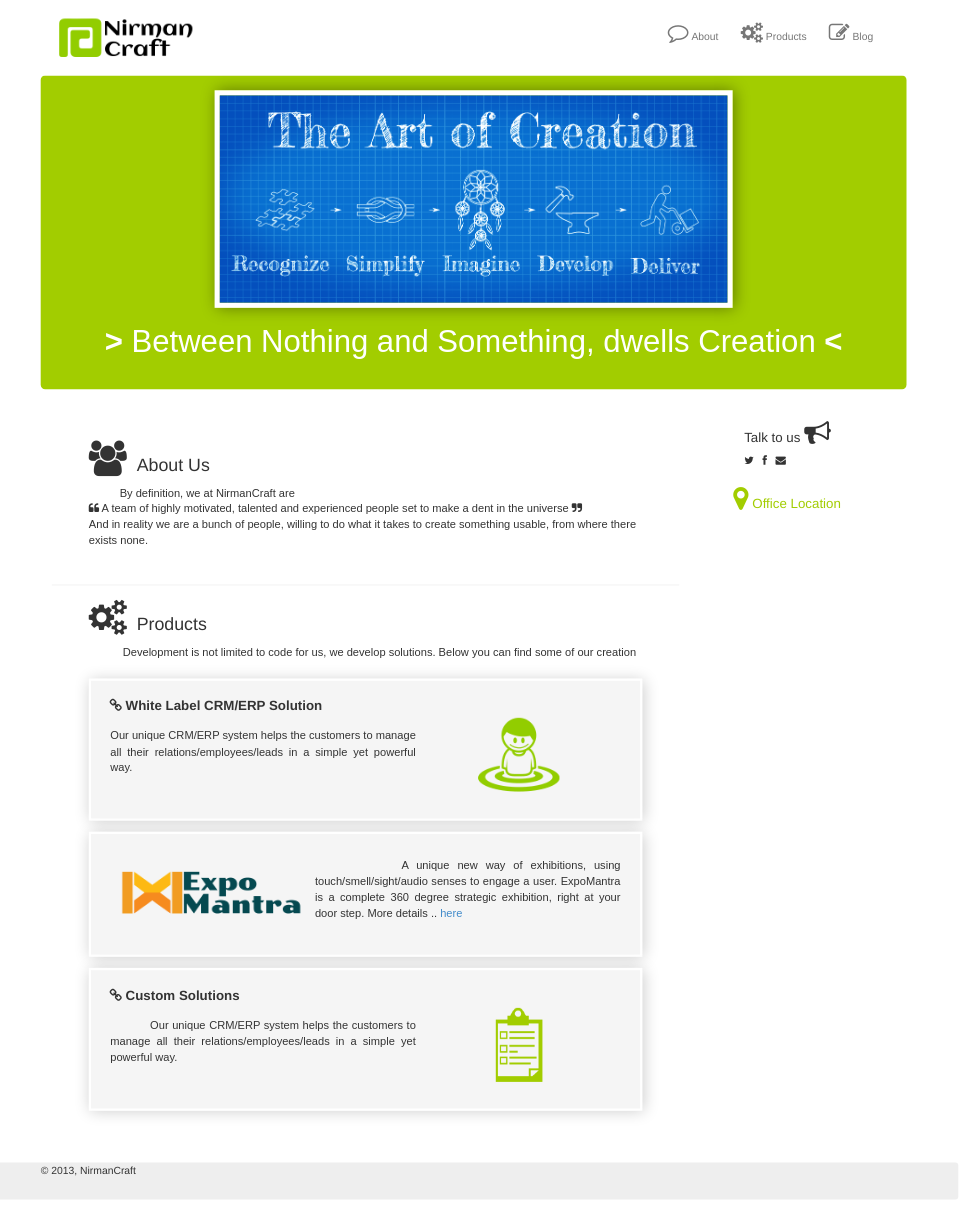
Repository: MeShreyas/NirmanCraftWebsite
Page: NirmanCraft/index.html
An editor plug-in stored every save of this project. The page is shown before and after a run of saves, followed by the edit.
The browser window is 1280 px wide. The page is 1310 px wide, so the pictures cover 1310 px, including what lies to the right of the window. The pictures show the whole page, at 74% of full size.
Some web fonts or font styles are not loaded; a fallback is used.

Above is the page before, as saved 2013-10-08 15:08:54.
Console error: ReferenceError: jQuery is not defined

### NirmanCraft/index.html
<!DOCTYPE html>
<html lang="en">
	<head>
		<meta charset="utf-8">

		<!-- Always force latest IE rendering engine (even in intranet) & Chrome Frame
		Remove this if you use the .htaccess -->
		<meta http-equiv="X-UA-Compatible" content="IE=edge,chrome=1">

		<title>Nirman Craft</title>
		<meta name="description" content="">
		<meta name="author" content="Shreyas">

		<meta name="viewport" content="width=device-width; initial-scale=1.0">

		<!-- Replace favicon.ico & apple-touch-icon.png in the root of your domain and delete these references -->
		<link rel="shortcut icon" href="images/nclogo_small.png">
		<link rel="stylesheet" href="css/bootstrap.min.css">
		<link rel="stylesheet" href="font-awesome/css/font-awesome.min.css"/>
		<style type="text/css">
			.title-text {
				font-family: 'Strait', sans-serif;
				font-size: 2em;
				color: #FFFFFF;
			}

			.header-text {
				font-family: 'Strait', sans-serif;
				font-size: 1.5em;
				color: #333333;
			}

			.body-text {
				font-size:15px;
				font-family: 'Raleway', sans-serif;
			}
			.spacer {
				padding-top:10px;
				padding-bottom:5px;
			}
			.product{
				background-color:#f5f5f5;
				padding:25px;
				box-shadow:2px 2px 20px rgba(0,0,0,0.2);
				border:3px solid #FFFFFF;
			}
		</style>
	</head>

	<body>
		<div class="row">
			<header class="container navbar" style="background-color: #FFFFFF;margin-bottom:0px">
				<div class="container">
					<div class="navbar-header">
						<a class="navbar-brand" href="../"><img src="images/nclogo.png" width="200px" style="padding:10px"/></a>
					</div>
					<div class="navbar-text pull-right">
						<ul class="nav navbar-nav container" >
							<li>
								<!--<a href="#"><i class="icon-home icon-2x"></i>&nbsp;Home</a>-->
							</li>
							<li>
								<a href="#about"><i class="icon-comment-alt icon-2x"></i>&nbsp;About</a>
							</li>
							<li>
								<a href="#products"><i class="icon-cogs icon-2x"></i>&nbsp;Products</a>
							</li>
							<li>
								<a href="../javascript"><i class="icon-edit icon-2x"></i>&nbsp;Blog</a>
							</li>

						</ul>
					</div>
				</div>
			</header>

			<div class="container jumbotron" style="padding:20px 0px;margin-top:0px;background-color: #A2CD00">
				<div class="container title-text">
					<center>
						<img src="images/finalbanner.png" width="700px" style="border:7px solid #FFFFFF;box-shadow: 3px 0px 20px rgba(0,0,0,0.4)"/>
						<br/>
						<strong>>&nbsp;</strong>Between Nothing and Something, dwells Creation<strong>&nbsp;<</strong>
					</center>
				</div>
			</div>
			<div class="row">
				<div class="container">
					<div class="content col-lg-9" id="about">
						<div class="header-text" style="padding:20px 50px;">
							<h3><i class="icon-group icon-2x"></i>&nbsp;&nbsp;About Us</h3>
							<div>

								<p class="body-text">
									&nbsp;&nbsp;&nbsp;&nbsp;&nbsp;&nbsp;&nbsp;&nbsp;&nbsp;&nbsp;By definition,
									we at NirmanCraft are
									 <br/><i class="icon-quote-left"></i>

									A team of highly motivated, talented and experienced people set to make a dent in the universe
									<i class="icon-quote-right"></i><br/>And in reality we are a bunch
									of people, willing to do what it takes to create something usable, from where there exists none.

								</p>
							</div>
						</div>
						<hr>
						<div class="header-text" style="padding:0 50px" id="products">
							<h3><i class="icon-cogs icon-2x"></i>&nbsp;&nbsp;Products</h3>
							<div>
								<p class="body-text">
									&nbsp;&nbsp;&nbsp;&nbsp;&nbsp;&nbsp;&nbsp;&nbsp;&nbsp;&nbsp;
									Development is not limited to code for us, we develop solutions.
									Below you can find some of our creation
								</p>
								<div>
									<div class="list-group">
											<div class="spacer"></div>
											<div class="product">
												<h4 class="list-group-item-heading">
													<i class="icon-link"></i>&nbsp;<strong>White Label CRM/ERP Solution</strong>
												</h4>
												<p class="list-group-item-text body-text">
													<table width="100%">
														<tr>
															<td>
																<p class="body-text" align="justify">Our unique CRM/ERP system helps the customers to manage all their
																relations/employees/leads in a simple yet powerful way.
																</p></td>

															<td width="40%" align="center">
																<img src="images/customer.png" height="100px" >
																</td>
														</tr>
													</table>
												</p>
											</div>
											<div class="spacer"></div>
											<div class="product">
												<h4 class="list-group-item-heading">
													<strong></strong>
												</h4>
												<p class="list-group-item-text">
													<table width="100%">
														<tr>
															<td width="40%" align="center">
																<img src="images/expomantra.png" width="250px" ></td>
															<td>
																<p class="body-text" align="justify">
																	&nbsp;&nbsp;&nbsp;&nbsp;&nbsp;&nbsp;&nbsp;&nbsp;&nbsp;&nbsp;
																	A unique new way of exhibitions, using touch/smell/sight/audio senses
																	to engage a user. ExpoMantra is a complete 360 degree strategic
																	exhibition, right at your door step. More details ..
																	<a href="http://expomantra.com" target="_blank">here</a>
																</p></td>


														</tr>
													</table>
												</p>
											</div>
											<div class="spacer"></div>
											<div class="product">
												<h4 class="list-group-item-heading">
													<i class="icon-link"></i>&nbsp;<strong>Custom Solutions</strong>
												</h4>
												<p class="list-group-item-text">
													<table width="100%">
														<tr>
															<td>
																<p class="body-text" align="justify">
																	&nbsp;&nbsp;&nbsp;&nbsp;&nbsp;&nbsp;&nbsp;&nbsp;&nbsp;&nbsp;
																Our unique CRM/ERP system helps the customers to manage all their
																relations/employees/leads in a simple yet powerful way.
																</p></td>

															<td width="40%" align="center"><img src="images/custom.png" height="100px"></td>
														</tr>
													</table>
												</p>
											</div>
										</div>
									</div>

							</div>
						</div>

					</div>
					<div class="sidebar col-lg-3">
							<div class="row">

								<div style="width:50%;margin:0 auto;">
									<h4 class="list-group-item-header">
										Talk to us&nbsp;<i class="icon-bullhorn icon-2x"></i>
									</h4>
									<p class="list-group-item-text">
										<i class="icon-twitter"></i> &nbsp;
										<i class="icon-facebook"></i> &nbsp;
										<i class="icon-envelope"></i>
									</p>
								</div>
							</div>
							<div class="spacer"></div>
							<div class="row">
								<div style="width:60%;margin:0 auto;">
								<h4 class="list-group-item-header" style="color:#A2CD00">
									<i class="icon-map-marker icon-2x" ></i>&nbsp;Office Location
								</h4>
								</div>
							</div>
					</div>
				</div>
			</div>

		</div>
		<div class="row" style="margin-top:50px;">
			<div class="navbar ">
				<div class="container">
					<p>
						&copy; 2013, NirmanCraft
					</p>
				</div>
			</div>
		</div>
		<script src="js/bootstrap.min.js" type="text/javascript" charset="utf-8"></script>
		<link href='http://fonts.googleapis.com/css?family=Strait' rel='stylesheet' type='text/css'>
		<link href='http://fonts.googleapis.com/css?family=Raleway:400,700' rel='stylesheet' type='text/css'>
	</body>
</html>

Loaded but not shown: NirmanCraft/css/bootstrap.min.css (library); NirmanCraft/font-awesome/css/font-awesome.min.css (library); NirmanCraft/js/bootstrap.min.js (library)

After the next 2 saves:
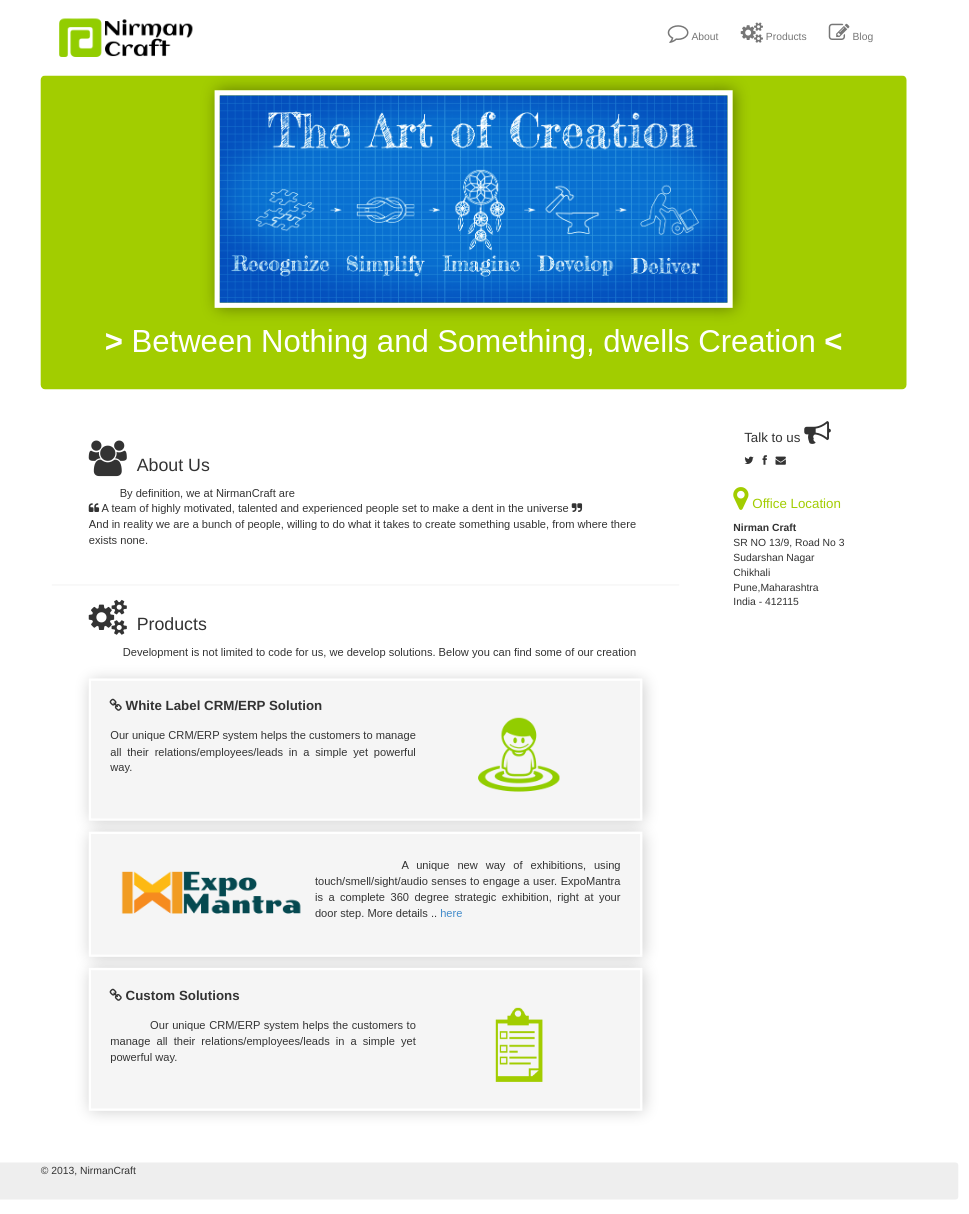
The 2 saves are shown as one change because they came seconds apart.
The last was saved 3 min 4 s later.
--- a/NirmanCraft/index.html
+++ b/NirmanCraft/index.html
@@ -204,6 +204,17 @@
 								<h4 class="list-group-item-header" style="color:#A2CD00">
 									<i class="icon-map-marker icon-2x" ></i>&nbsp;Office Location
 								</h4>
+								<p class="list-group-item-text">
+									<address>
+										<strong>Nirman Craft</strong><br>
+										SR NO 13/9, Road No 3<br>
+										Sudarshan Nagar<br>
+										Chikhali<br>
+										Pune,Maharashtra<br>
+										India - 412115<br>
+
+									</address>
+								</p>
 								</div>
 							</div>
 					</div>
